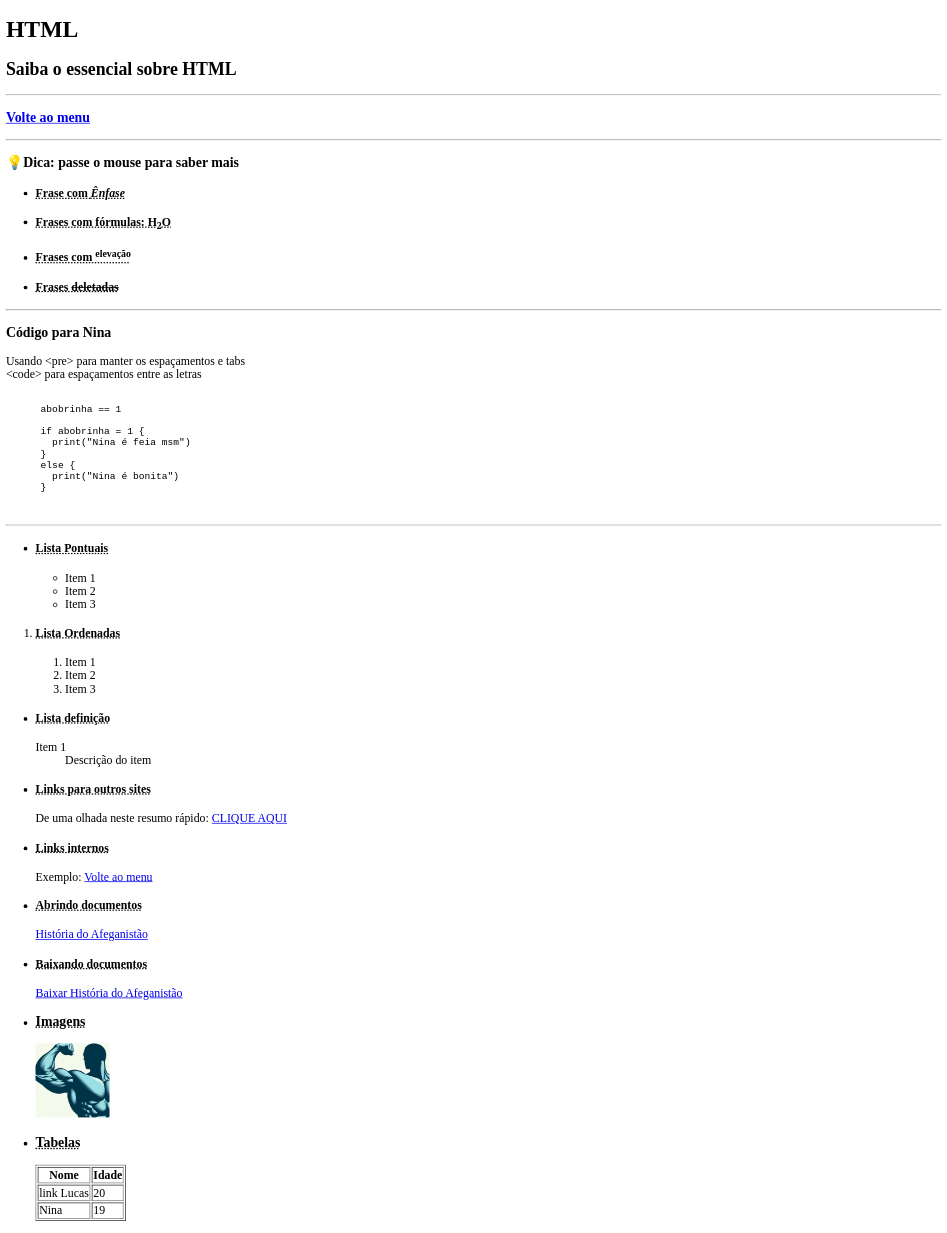
Repository: LuidyOn/Site_Forca_Total
Page: ForçaTotal/sobreHTML.html
These files come from the project's save history. The page is drawn as it stood at one moment and after the next save; the edit follows.
The browser window is 1280 px wide. The pictures show the whole page, at 74% of full size.

Above is the page before, as saved 2025-05-16 14:29:22.

### ForçaTotal/sobreHTML.html
<!DOCTYPE html>
<html lang="pt-br">
<head>
  <meta charset="UTF-8">
  <meta name="viewport" content="width=device-width, initial-scale=1.0">
  <link rel="shortcut icon" href="img/icons/logo.ico" type="image/x-icon">
  <title>Testes Força total</title>
</head>
<body>
  <h1>HTML</h1>
  <h2>Saiba o essencial sobre HTML</h2>

  <hr>
  <h3><a href="index.html" rel="prev"> Volte ao menu</a></h3>
  <hr>

<h3>💡Dica: passe o mouse para saber mais</h3>

  <ul><li><h4> <abbr title="Para deixar uma frase com ênfase, usamos: <em> ">Frase com <em>Ênfase</em></h4> </abbr>
  </li></ul>

    <ul><li><h4><abbr title="Para utilizarmos frases 'baixas' ou fórmulas usamos: <sub></sub>"> Frases com fórmulas: H<sub>2</sub>O</abbr></h4> </li></ul>

  <ul><li><h4> <abbr title="Para utilizarmos frases com ênfase/superiores usamos: <sup></sup>">Frases com <sup>elevação</sup></h4> </abbr></li></ul>

  <ul><li><abbr title=" Para utilizarmos frases deletadas usamos: <del>"><h4>Frases <del>deletadas</del></h4></abbr></li></ul>

  <hr>

  <h3>Código para Nina</h3>
  <p>Usando &lt;pre&gt; para manter os espaçamentos e tabs <br> &lt;code&gt; para espaçamentos entre as letras</p>

  <p></p>

  <pre>
    <code>
      abobrinha == 1

      if abobrinha = 1 {
        print("Nina é feia msm")
      }
      else {
        print("Nina é bonita")
      }
    </code>
  </pre>

  <hr>

      <ul>
        <li>
          <abbr title="Para usar lista pontuadas use <ul>"> <h4>Lista Pontuais</h4> </abbr>
        </li>
          <ul>
            <li>Item 1</li>
            <li>Item 2</li>
            <li>Item 3</li>
          </ul>
      </ul>

      <ol>
        <li>
          <abbr title="Para usar lista ordenadas use <ol>"> <h4>Lista Ordenadas</h4> </abbr>
        </li>
          <ol>
            <li>Item 1</li>
            <li>Item 2</li>
            <li>Item 3</li>
          </ol>
      </ol>

          <ul>
            <li>
              <abbr title="Para usar uma lista de definição, use <dl> para agrupar os elementos(bloco), <dt> para o termo e <dd> para a descrição."> <h4>Lista definição</h4> </abbr>
              <dl>
                <dt>Item 1</dt>
                <dd>Descrição do item</dd>
              </dl>
            </li>
          </ul>

      <ul>
        <li><abbr title="Dica → <a href='https...' target='_blank'></a> text </a>"><h4>Links para outros sites</h4></abbr>
        </li>
        <p>De uma olhada neste resumo rápido: <a href="https://www.youtube.com/watch?v=dQw4w9WgXcQ" target="_blank" rel="External"> CLIQUE AQUI </a></p>
      </ul>

      <ul>
        <li><abbr title="Dica → <a href='caminho.html' rel='prev/next'></a>"><h4>Links internos</h4></abbr>
        </li>
        <p>Exemplo: <a href="index.html" rel="prev"> Volte ao menu</a></p>
      </ul>

      <ul>
        <li><abbr title="Dica: <a href='caminho.pdf' target='_blank'></a>"> <h4>Abrindo documentos</h4> </abbr>
        </li>
        <p><a href="Documentos/PDFs/GUERRA DO AFEGANISTÃO.pdf" target="_blank"> História do Afeganistão</a></p>
      </ul>

      <ul>
        <li><abbr title="Dica: <a href='caminho.pdf' download='caminho.pdf' type='application/pdf'> 'text'</a>"> <h4>Baixando documentos</h4> </abbr>
        </li>
            <p><a href="Documentos/PDFs/GUERRA DO AFEGANISTÃO.pdf" target="_blank" download="Documentos/PDFs/GUERRA DO AFEGANISTÃO.pdf" type="application/pdf"> Baixar História do Afeganistão</a></p>
      </ul>

  <ul>
    <li><abbr title="Para usar imagens use <img>"><h3>Imagens</h3></abbr></li>

    <img src="img/parteSerior.png" alt="parte superior" style="width: 100px; height: 100px;">
  </ul>

  <ul>
    <li><abbr title="Para usar tabelas use <table> <tr> e <th>"><h3>Tabelas</h3></abbr></li>

    <table border="1">
      <tr>
        <th>Nome</th>
        <th>Idade</th>
      </tr>
      <tr>
        <td>link Lucas</td>
        <td>20</td>
      </tr>
      <tr>
        <td>Nina</td>
        <td>19</td>
      </tr>
    </table>

</body>
</html>

After the next save:
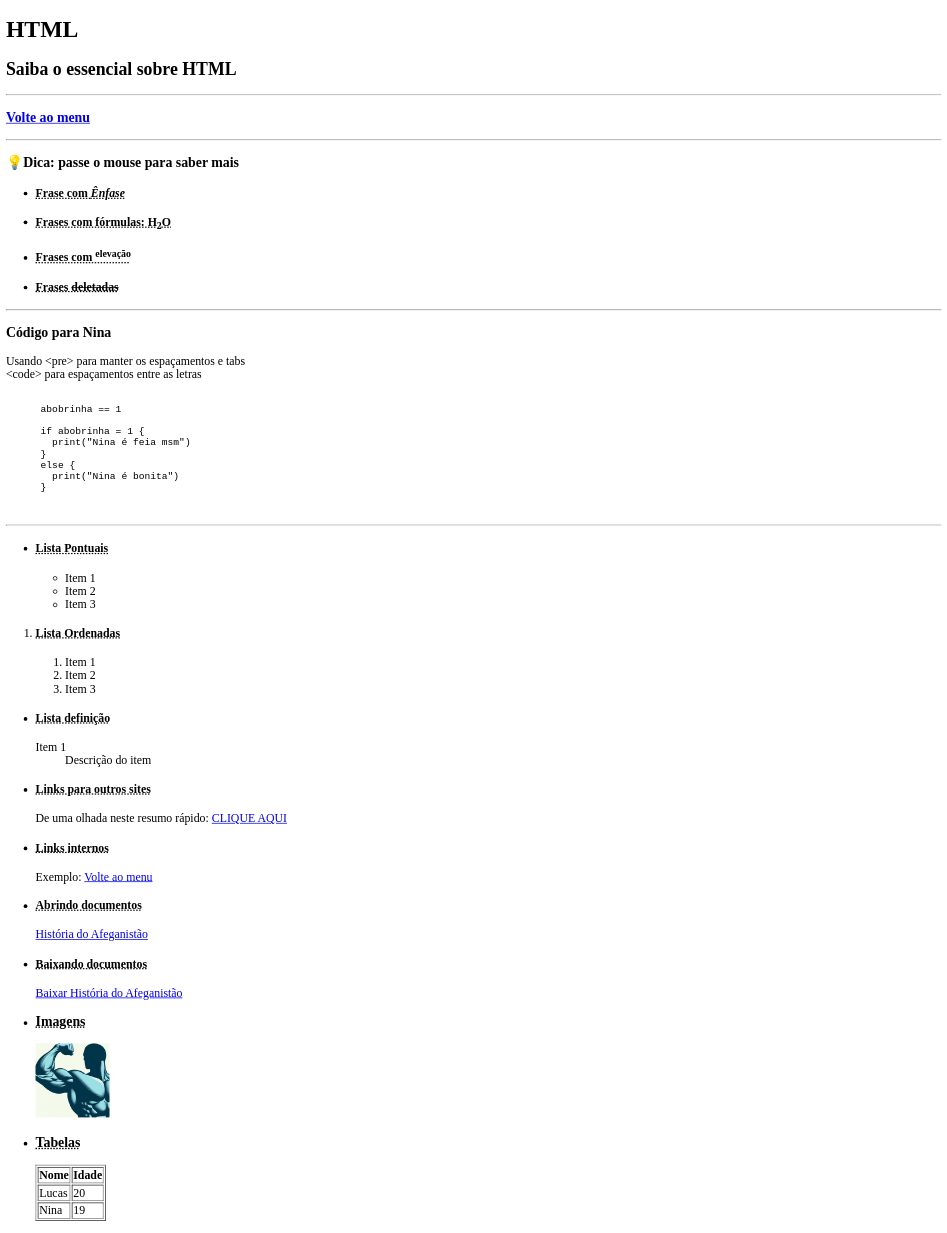
Saved 13 s later.
--- a/ForçaTotal/sobreHTML.html
+++ b/ForçaTotal/sobreHTML.html
@@ -118,7 +118,7 @@
         <th>Idade</th>
       </tr>
       <tr>
-        <td>link Lucas</td>
+        <td><a href=""></a> Lucas</td>
         <td>20</td>
       </tr>
       <tr>
